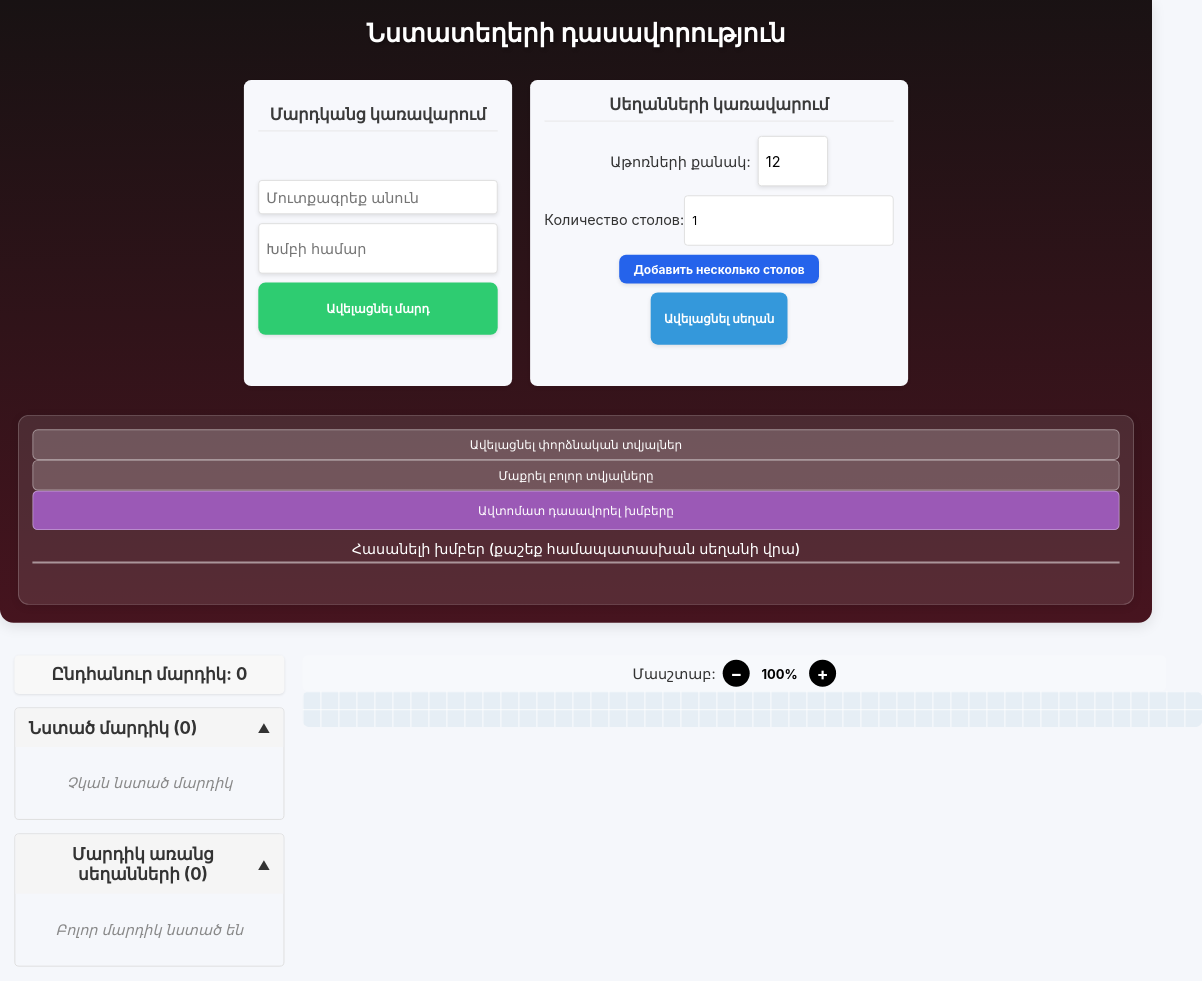
Repository: Vahan-23/Table-V2
Page: /
The author's editor kept a copy of each file at every save. The page is drawn from the files as they stood at one save, then again after the next save.
The browser window is 1280 px wide. The page is 1336 px wide, so the pictures cover 1336 px, including what lies to the right of the window. The pictures show the whole page, at 90% of full size.
The project was rebuilt for these pictures with package versions that can differ from the ones it lists, and the page was loaded fresh each time.

Above is the page before, as saved 2025-03-03 12:40:19.

### src/component/App.css
* {
  margin: 0;
  padding: 0;
  font-family: 'Inter', -apple-system, BlinkMacSystemFont, 'Segoe UI', Roboto, sans-serif;
}

body {
  background-color: #f5f7fb;
  color: #333;
}

.app-container {
  display: flex;
  flex-direction: column;
  min-height: 100vh;
}

/* Header Styles */
.app-header {
  background: linear-gradient(179deg, #181213 0%, rgb(71 20 31) 100%);
  padding: 20px;
  border-radius: 0 0 15px 15px;
  box-shadow: 0 4px 15px rgba(0, 0, 0, 0.1);
  margin-bottom: 20px;
}

.header-content {
  display: flex;
  justify-content: space-between;
  align-items: center;
  max-width: 1600px;
  margin: 0 auto 2rem;
  width: 100%;
  flex-direction: column;
  position: relative;
  /* z-index: 1; */
}
.logo {
  color: white;
  font-size: 28px;
  font-weight: bold;
  text-shadow: 2px 2px 4px rgba(0, 0, 0, 0.3);
  margin-bottom: 15px;
}

.header-sections {
  display: flex;
  width: 100%;
  gap: 20px;
  margin-top: 20px;
  justify-content: center;
}

.header-section {
  /* flex: 1 1; */
  display: flex;
  height: auto;
  background-color: #f7f8fc;
  border-radius: 8px;
  padding: 16px;
  box-shadow: 0 2px 5px rgba(0, 0, 0, 0.05);
  flex-direction: column;
  justify-content: space-around;
}

.section-main-title {
  color: #3a3a3a;
  margin-top: 0;
  margin-bottom: 16px;
  padding-bottom: 8px;
  border-bottom: 1px solid #e5e5e5;
  font-size: 18px;
}

/* People section specific */
.people-section .input-row {
  display: flex;
  gap: 10px;
  margin-bottom: 15px;
  flex-direction: column;
}

.people-section .data-management {
  margin-top: 20px;
}

/* Table section specific */
.tables-section .table-controls-row {
  display: flex;
  align-items: center;
  gap: 10px;
  margin-bottom: 15px;
  flex-direction: column;

}

.tables-section .chair-count-container {
  display: flex;
  align-items: center;
  gap: 8px;
}

.tables-section .chair-count-input {
  width: 60px;
}

.tables-section .zoom-controls {
  display: flex;
  align-items: center;
  margin-top: 20px;
  gap: 10px;
}

.zoom-buttons {
  display: flex;
  align-items: center;
}

.zoom-btn {
  width: 30px;
  height: 30px;
  display: flex;
  align-items: center;
  justify-content: center;
  border-radius: 4px;
  background-color: #f0f0f0;
  border: 1px solid #ddd;
  cursor: pointer;
}

.zoom-percentage {
  margin: 0 8px;
  min-width: 50px;
  text-align: center;
}

.data-buttons {
  display: flex;
  flex-direction: column;
  align-items: stretch;
}

.header-controls {
  background: rgba(255, 255, 255, 0.15);
  backdrop-filter: blur(10px);
  padding: 15px;
  border-radius: 12px;
  box-shadow: inset 0 1px 1px rgba(255, 255, 255, 0.1), 0 1px 2px rgba(0, 0, 0, 0.1);
  display: flex;
  width: 80%;
}

.control-group {
  display: flex;
  flex-wrap: wrap;
  gap: 1rem;
  width: 100%;
}

.input-group {
  display: flex;
  gap: 10px;
  margin-bottom: 15px;
  align-items: center;
  justify-content: center;
}

.input-field {
  flex: 1;
  padding: 10px 15px;
  border-radius: 8px;
  border: none;
  font-size: 16px;
  box-shadow: 0 2px 5px rgba(0, 0, 0, 0.1);
}

.input-group input,
.table-controls input {
  height: 38px;
  padding: 0.5rem;
  border: 1px solid #ddd;
  border-radius: 4px;
  outline: none;
  transition: border-color 0.2s;
}

.input-group input:focus,
.table-controls input:focus {
  border-color: #2563eb;
}

.group-input-container {
  position: relative;
  flex: 1;
}

.group-dropdown {
  position: absolute;
  top: 100%;
  left: 0;
  width: 100%;
  max-height: 200px;
  overflow-y: auto;
  z-index: 10;
  background-color: white;
  border: none;
  border-radius: 8px;
  box-shadow: 0 4px 12px rgba(0, 0, 0, 0.15);
  margin-top: 5px;
}

.dropdown-item {
  padding: 10px 15px;
  cursor: pointer;
  border-bottom: 1px solid #eee;
  transition: background-color 0.2s;
}

.dropdown-item:hover {
  background-color: #f5f5f5;
}

.dropdown-item-new {
  padding: 10px 15px;
  cursor: pointer;
  background-color: #f0f0f0;
  font-style: italic;
  border-radius: 0 0 8px 8px;
  z-index: 2;
}

.dropdown-empty {
  padding: 10px 15px;
  color: #666;
}

button {
  cursor: pointer;
  border: none;
  border-radius: 4px;
  padding: 0.5rem 1rem;
  font-weight: 500;
  transition: all 0.2s;
}

.primary-btn {
  background-color: #2563eb;
  color: white;
  border: none;
  border-radius: 8px;
  font-weight: bold;
  cursor: pointer;
  box-shadow: 0 2px 5px rgba(0, 0, 0, 0.1);
  transition: transform 0.2s, background-color 0.2s;
}

.primary-btn:hover {
  background-color: #1d4ed8;
}

.add-person-btn {
  /* margin-left: 30px; */
  padding: 21px 20px;
  background-color: #2ecc71;
  color: white;
}

.add-person-btn:hover {
  background-color: #27ae60;
  transform: translateY(-2px);
}

.secondary-btn {
  padding: 8px 15px;
  background-color: rgba(255, 255, 255, 0.2);
  color: white;
  border: 1px solid rgba(255, 255, 255, 0.4);
  border-radius: 6px;
  cursor: pointer;
  transition: background-color 0.2s;
}

.secondary-btn:hover {
  background-color: rgba(255, 255, 255, 0.3);
}

.table-controls {
  display: flex;
  align-items: center;
  gap: 10px;
  margin-bottom: 15px;
  flex-direction: column;
}

.chair-count-input {
  width: 120px;
  padding: 10px 15px;
  border-radius: 8px;
  border: none;
  font-size: 16px;
  box-shadow: 0 2px 5px rgba(0, 0, 0, 0.1);
}

.add-table-btn {
  flex: 1;
  padding: 21px 15px;
  background-color: #3498db;
  color: white;
}

.add-table-btn:hover {
  background-color: #2980b9;
  transform: translateY(-2px);
}

.create-all-tables-btn {
  flex: 2;
  padding: 13px 15px;
  background-color: #9b59b6;
  color: white;
}

.create-all-tables-btn:hover {
  background-color: #8e44ad;
  transform: translateY(-2px);
}

/* Bottom controls section */
.bottom-controls {
  display: flex;
  justify-content: space-between;
  align-items: center;
}

/* Save controls */
.save-controls {
  display: flex;
  align-items: center;
  gap: 0.5rem;
}

/* Zoom controls */
.zoom-controls {
  display: flex;
  align-items: center;
  gap: 8px;
  background-color: rgba(255, 255, 255, 0.2);
  padding: 5px 10px;
  border-radius: 6px;
  justify-content: center;
}

.zoom-btn {
  width: 30px;
  height: 30px;
  border-radius: 50%;
  border: none;
  background-color: rgba(255, 255, 255, 0.3);
  color: white;
  font-size: 18px;
  font-weight: bold;
  cursor: pointer;
  display: flex;
  justify-content: center;
  align-items: center;
}

.zoom-controls button {
  width: 30px;
  height: 30px;
  display: flex;
  align-items: center;
  justify-content: center;
  background-color: #000000;
  border-radius: 50%;
  font-size: 1.2rem;
  padding: 0;
}

.zoom-controls span {
  font-size: 0.9rem;
  min-width: 50px;
  text-align: center;
}

.zoom-percentage {
  color: rgb(0, 0, 0);
  font-weight: bold;
}

/* Groups Container */
.groups-container {
  background-color: rgba(255, 255, 255, 0.1);
  border-radius: 12px;
  padding: 15px;
  margin-top: 15px;
  box-shadow: 0 2px 10px rgba(0, 0, 0, 0.1);
  border: 1px solid rgba(255, 255, 255, 0.2);
}

.groups-header {
  display: flex;
  flex-direction: column;
  gap: 10px;
}

.groups-header h3 {
  color: #ffffff;
  font-size: 1rem;
  font-weight: 500;
}

.groups-title {
  margin: 0 0 10px 0;
  font-size: 20px;
  color: white;
  font-weight: 600;
  border-bottom: 2px solid rgba(255, 255, 255, 0.5);
  padding-bottom: 5px;
  display: inline-block;
}

.groups-wrapper {
  display: flex;
  flex-wrap: nowrap;
  gap: 12px;
  overflow-x: auto;
  padding: 5px 0;
  max-height: 100px;
  max-width: 100%;
  scrollbar-width: thin;
  scrollbar-color: rgba(255, 255, 255, 0.5) transparent;
}

.groups-wrapper::-webkit-scrollbar {
  height: 6px;
  width: 6px;
}

.groups-wrapper::-webkit-scrollbar-track {
  background: #f1f1f1;
  border-radius: 10px;
}

.groups-wrapper::-webkit-scrollbar-thumb {
  background: #3498db;
  border-radius: 10px;
}

.groups-wrapper::-webkit-scrollbar-thumb:hover {
  background: #2980b9;
}

/* Main Content */
.main-content {
  display: flex;
  flex: 1;
  padding: 1rem;
  gap: 20px;
  max-width: 1600px;
  margin: 0 auto;
  width: 100%;
}

/* Sidebar */
.sidebar {
  width: 300px;
  flex-shrink: 0;
}

.unseated-people-list,
.people-list {
  background-color: white;
  border-radius: 8px;
  padding: 15px;
  margin-top: 20px;
  box-shadow: 0 2px 8px rgba(0, 0, 0, 0.1);
  margin-bottom: 1.5rem;
}

.unseated-people-list h3,
.people-list h3 {
  margin-top: 0;
  margin-bottom: 15px;
  color: #333;
  font-size: 18px;
  font-weight: 600;
  border-bottom: 1px solid #e5e7eb;
  padding-bottom: 0.5rem;
}

.unseated-people-grid,
.people-grid {
  display: grid;
  grid-template-columns: repeat(auto-fill, minmax(120px, 1fr));
  gap: 10px;
}

.unseated-person-card,
.person-card {
  position: relative;
  background-color: #f9f9f9;
  border-radius: 6px;
  padding: 10px;
  box-shadow: 0 1px 3px rgba(0, 0, 0, 0.1);
  font-size: 0.9rem;
  display: flex;
  justify-content: space-between;
  align-items: center;
}

.person-card {
  flex-direction: column;
  align-items: flex-start;
  gap: 0.25rem;
}

.person-name {
  display: block;
  font-weight: bold;
  font-size: 14px;
  margin-bottom: 4px;
}

.person-group {
  display: block;
  font-size: 12px;
  color: #666;
}

.group-tag {
  background-color: #e0e7ff;
  color: #4f46e5;
  border-radius: 4px;
  padding: 0.15rem 0.4rem;
  font-size: 0.75rem;
  font-weight: 500;
}

.delete-btn {
  position: absolute;
  top: 5px;
  right: 5px;
  width: 20px;
  height: 20px;
  border-radius: 50%;
  background-color: #e74c3c;
  color: white;
  border: none;
  display: flex;
  align-items: center;
  justify-content: center;
  font-size: 10px;
  cursor: pointer;
  opacity: 0.7;
  transition: opacity 0.2s;
}

.delete-btn:hover {
  background-color: #fee2e2;
  opacity: 1;
}

/* Tables Area */
.tables-area {
  background-image: linear-gradient(rgba(255, 255, 255, 0.8) 1px, transparent 1px),
    linear-gradient(90deg, rgba(255, 255, 255, 0.8) 1px, transparent 1px);
  background-size: 20px 20px;
  background-color: #e6eef5;
  flex: 1;
  min-height: 600px;
  border-radius: 8px;
  padding: 20px;
  position: relative;
  transform-origin: top left;
  display: flex;
  flex-wrap: wrap;
  gap: 2rem;
  align-content: flex-start;
  min-height: 70vh;
}

/* Table Styles */
.table-container {
  background-color: white;
  border-radius: 10px;
  box-shadow: 0 4px 12px rgba(0, 0, 0, 0.08);
  padding: 1rem;
  width: fit-content;
  margin-bottom: 20px;
  flex-shrink: 0;
}

.table-header {
  display: flex;
  justify-content: space-between;
  align-items: center;
  margin-bottom: 1rem;
}

.table-header h3 {
  font-size: 1rem;
  font-weight: 600;
  color: #374151;
}

.delete-table-btn {
  background-color: #fee2e2;
  color: #ef4444;
  font-size: 0.8rem;
  padding: 0.25rem 0.5rem;
}

.delete-table-btn:hover {
  background-color: #fecaca;
}

.table {
  margin: 20px;
  width: 200px;
  height: 200px;
  border: 50px solid #e7d8c7;
  border-radius: 50%;
  display: flex;
  justify-content: center;
  align-items: center;
  background-image: url('../../public/table.jpg');
  background-size: cover;
}

.table-top {
  position: relative;
  top: -15%;
  left: -15%;
}

.chair {
  position: absolute;
  width: 60px;
  height: 60px;
  background-size: cover;
  background-position: center;
  background-repeat: no-repeat;
  color: white;
  display: flex;
  justify-content: center;
  align-items: center;
  border-radius: 50%;
  font-size: 12px;
  text-align: center;
  cursor: pointer;
  transition: transform 0.2s ease, opacity 0.2s ease;
}

.chair:hover {
  transform: scale(1.1);
  opacity: 0.7;
}

/* New Table Dropzone */
.new-table-dropzone {
  width: 300px;
  height: 200px;
  border: 2px dashed #3498db;
  border-radius: 8px;
  display: flex;
  align-items: center;
  justify-content: center;
  background-color: rgba(52, 152, 219, 0.05);
  transition: all 0.3s;
  margin-bottom: 20px;
}

.new-table-dropzone.hovered {
  background-color: rgba(52, 152, 219, 0.47);
  border-color: #4f46e5;
}

.dropzone-content {
  display: flex;
  flex-direction: column;
  align-items: center;
  justify-content: center;
  text-align: center;
  padding: 20px;
  gap: 1rem;
}

.dropzone-icon {
  font-size: 32px;
  color: #3498db;
  margin-bottom: 10px;
}

.dropzone-text {
  font-size: 16px;
  font-weight: bold;
  color: #333;
}

/* Popup styles */
.popup-overlay {
  position: fixed;
  top: 0;
  left: 0;
  right: 0;
  bottom: 0;
  background-color: rgba(0, 0, 0, 0.5);
  display: flex;
  align-items: center;
  justify-content: center;
  z-index: 1000;
}

.popup {
  background-color: white;
  border-radius: 10px;
  padding: 1.5rem;
  min-width: 300px;
  max-width: 400px;
  max-height: 80vh;
  overflow-y: auto;
  box-shadow: 0 10px 25px rgba(0, 0, 0, 0.2);
}

.popup h3 {
  margin-bottom: 1rem;
  color: #374151;
}

.person-selection-list {
  list-style: none;
  margin-bottom: 1rem;
}

.person-selection-list li {
  padding: 0.75rem;
  border-radius: 6px;
  cursor: pointer;
  transition: background-color 0.2s;
}

.person-selection-list li:hover {
  background-color: #f3f4f6;
}

.close-btn {
  background-color: #e5e7eb;
  color: #4b5563;
  width: 100%;
  padding: 0.75rem;
  border-radius: 6px;
  margin-top: 1rem;
}

.close-btn:hover {
  background-color: #d1d5db;
}

/* Fullscreen popup styles */
.fullscreen-popup {
  position: fixed;
  top: 0;
  left: 0;
  width: 100%;
  height: 100%;
  background-color: rgba(0, 0, 0, 0.7);
  z-index: 1000;
  display: flex;
  justify-content: center;
  align-items: center;
}

.fullscreen-popup-overlay {
  position: absolute;
  top: 0;
  left: 0;
  width: 100%;
  height: 100%;
  background-color: rgba(0, 0, 0, 0.7);
  display: flex;
  justify-content: center;
  align-items: center;
}

.fullscreen-popup-content {
  background-color: white;
  border-radius: 8px;
  padding: 20px;
  max-width: 600px;
  width: 90%;
  max-height: 80vh;
  overflow-y: auto;
  box-shadow: 0 10px 25px rgba(0, 0, 0, 0.2);
}

.fullscreen-popup-content h3 {
  margin-top: 0;
  margin-bottom: 20px;
  text-align: center;
  font-size: 18px;
  color: #333;
}

.person-selection-grid {
  display: grid;
  grid-template-columns: repeat(auto-fill, minmax(180px, 1fr));
  gap: 15px;
  margin-bottom: 20px;
  max-height: 60vh;
  overflow-y: auto;
  padding: 10px;
  margin-top: 20px;
}

.person-selection-item {
  background-color: #f9f9f9;
  border: 1px solid #ddd;
  border-radius: 6px;
  padding: 12px;
  cursor: pointer;
  transition: all 0.2s ease;
  display: flex;
  flex-direction: column;
}

.person-selection-item:hover {
  background-color: #e8f4fd;
  transform: translateY(-2px);
  box-shadow: 0 4px 8px rgba(0, 0, 0, 0.1);
}

.person-selection-name {
  display: block;
  font-weight: bold;
  margin-bottom: 4px;
}

.person-selection-group {
  display: block;
  font-size: 12px;
  color: #666;
}

.no-people-message {
  text-align: center;
  padding: 20px;
  color: #666;
  grid-column: 1 / -1;
}

.close-popup-btn {
  display: block;
  margin: 0 auto;
  background-color: #3498db;
  color: white;
  border: none;
  border-radius: 4px;
  padding: 10px 20px;
  font-size: 16px;
  cursor: pointer;
  transition: background-color 0.2s ease;
}

.close-popup-btn:hover {
  background-color: #2980b9;
}

/* Remove person popup */
.remove-person-popup {
  text-align: center;
}

.popup-title {
  text-align: center;
  margin-bottom: 20px;
}

.person-info-card {
  background-color: #f9f9f9;
  padding: 15px;
  border-radius: 8px;
  margin-bottom: 20px;
  box-shadow: 0 2px 4px rgba(0, 0, 0, 0.1);
}

.person-info-name {
  text-align: center;
  font-size: 18px;
  margin: 0 0 10px 0;
  font-weight: bold;
}

.person-info-group {
  text-align: center;
  margin: 0;
  color: #666;
}

.confirmation-text {
  text-align: center;
  margin-bottom: 20px;
  color: #555;
}

.popup-buttons {
  display: flex;
  justify-content: center;
  gap: 15px;
}

.remove-btn {
  padding: 10px 20px;
  background-color: #e74c3c;
  color: white;
  border: none;
  border-radius: 4px;
  cursor: pointer;
  font-weight: bold;
}

.cancel-btn {
  padding: 10px 20px;
  background-color: #7f8c8d;
  color: white;
  border: none;
  border-radius: 4px;
  cursor: pointer;
}

/* Group card styles */
.group-card {
  flex: 0 0 auto;
  min-width: 100px;
  background-color: white;
  border-radius: 6px;
  padding: 8px 12px;
  box-shadow: 0 1px 3px rgba(0, 0, 0, 0.1);
  cursor: grab;
  transition: transform 0.2s, box-shadow 0.2s;
  border-left: 4px solid #3498db;
}

.group-card:hover {
  transform: translateY(-2px);
  box-shadow: 0 3px 6px rgba(0, 0, 0, 0.15);
}

.group-card.dragging {
  opacity: 0.5;
}

.group-name {
  font-weight: 600;
  font-size: 0.9rem;
  color: #2563eb;
  margin-bottom: 5px;
}

.group-count {
  font-size: 0.8rem;
  color: #6b7280;
  margin-top: 0.25rem;
}

/* Responsive adjustments */
@media (max-width: 992px) {
  .header-content {
    flex-direction: column;
    align-items: flex-start;
    gap: 1rem;
  }

  .header-controls {
    width: 100%;
  }

  .main-content {
    flex-direction: column;
  }

  .sidebar {
    width: 100%;
  }
}


.people-section {
  display: flex;
  flex-direction: column;
  gap: 15px;
}

.total-people-counter {
  background-color: #f8f8f8;
  padding: 10px;
  border-radius: 5px;
  text-align: center;
  box-shadow: 0 1px 3px rgba(0, 0, 0, 0.1);
}

.people-box {
  border: 1px solid #ddd;
  border-radius: 5px;
  overflow: hidden;
}

.people-header {
  display: flex;
  align-items: center;
  justify-content: space-between;
  padding: 10px 15px;
  background-color: #f5f5f5;
  cursor: pointer;
}

.people-header:hover {
  background-color: #e9e9e9;
}

.expand-arrow {
  font-size: 14px;
  transition: transform 0.3s ease;
}

.expand-arrow.expanded {
  transform: rotate(180deg);
}

.people-grid-container {
  max-height: 700px;
  overflow-y: auto;
}

.people-grid {
  display: grid;
  grid-template-columns: repeat(auto-fill, minmax(200px, 1fr));
  gap: 10px;
  padding: 10px;
}

.person-card {
  position: relative;
  padding: 10px;
  border-radius: 4px;
  box-shadow: 0 1px 3px rgba(0, 0, 0, 0.1);
  display: flex;
  flex-direction: column;
}

.person-card.seated {
  background-color: rgba(144, 238, 144, 0.2);
  border-left: 3px solid #4CAF50;
}

.person-card.unseated {
  background-color: rgba(255, 235, 205, 0.2);
  border-left: 3px solid #FFA500;
}

.person-name {
  font-weight: bold;
  margin-bottom: 4px;
}

.person-group {
  font-size: 12px;
  color: #666;
}

.delete-btn {
  position: absolute;
  top: 5px;
  right: 5px;
  width: 20px;
  height: 20px;
  border-radius: 50%;
  background-color: #ff6b6b;
  color: white;
  border: none;
  display: flex;
  align-items: center;
  justify-content: center;
  cursor: pointer;
  font-size: 10px;
}

.delete-btn:hover {
  background-color: #ff5252;
}

.empty-message {
  grid-column: 1 / -1;
  padding: 20px;
  text-align: center;
  color: #888;
  font-style: italic;
}

/* Scrollbar styling */
.people-grid-container::-webkit-scrollbar {
  width: 8px;
}

.people-grid-container::-webkit-scrollbar-track {
  background: #f1f1f1;
  border-radius: 4px;
}

.people-grid-container::-webkit-scrollbar-thumb {
  background: #888;
  border-radius: 4px;
}

.people-grid-container::-webkit-scrollbar-thumb:hover {
  background: #555;
}

/* Split header sections styling */

Loaded but not shown: public/index.html (common file); src/index.js (common file); src/index.css (common file); src/reportWebVitals.js (common file); src/App.css (common file); src/App.js (12 lines, source omitted); src/component/SeatingArrangement.jsx (1081 lines, source omitted)

After the next save:
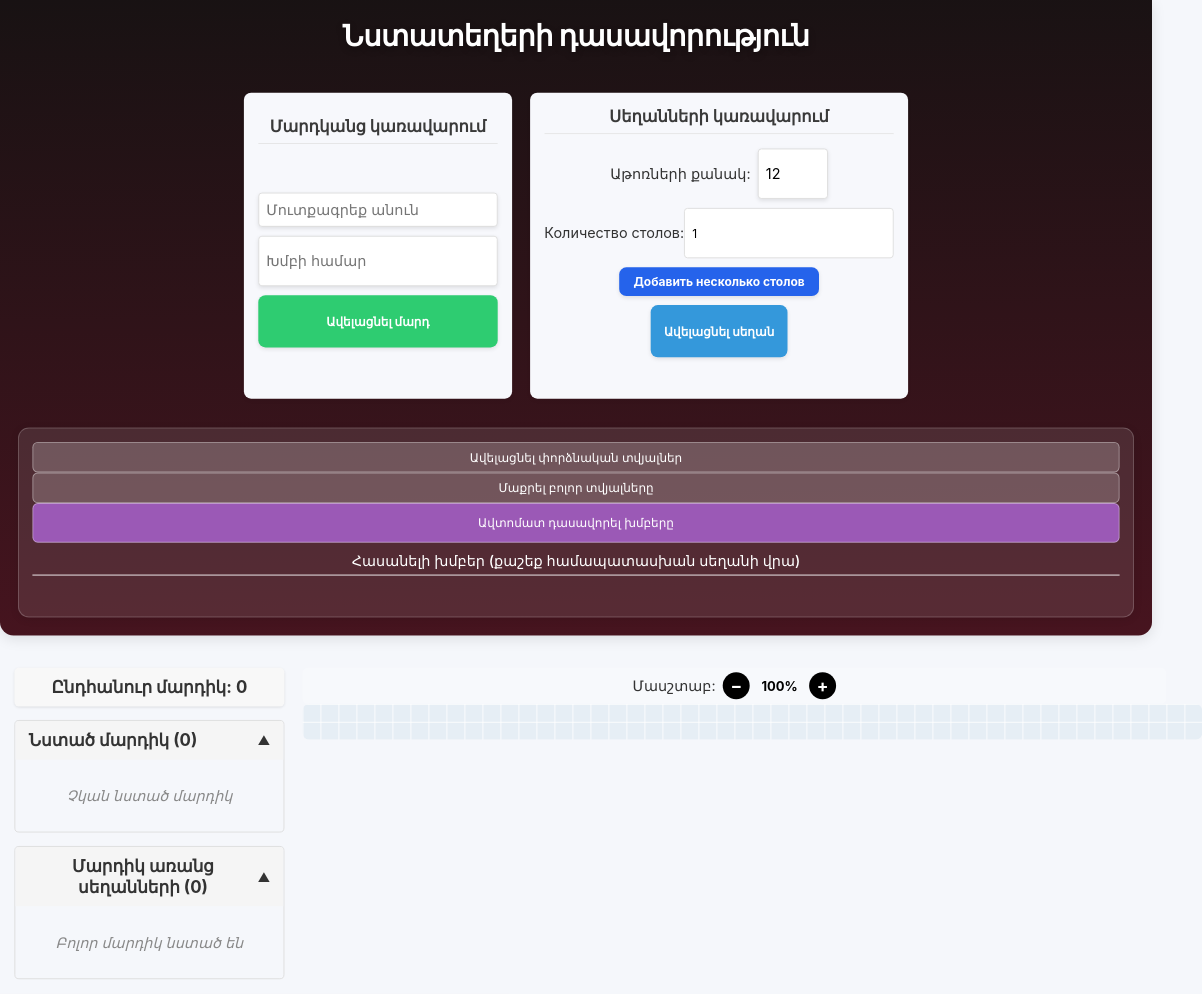
Saved 27 s later.
--- a/src/component/App.css
+++ b/src/component/App.css
@@ -37,10 +37,12 @@ body {
 }
 .logo {
   color: white;
-  font-size: 28px;
-  font-weight: bold;
-  text-shadow: 2px 2px 4px rgba(0, 0, 0, 0.3);
-  margin-bottom: 15px;
+  font-size: 32px;
+  font-weight: 800;
+  text-shadow: 0 4px 8px rgba(0, 0, 0, 0.3);
+  margin-bottom: 1.5rem;
+  letter-spacing: -0.5px;
+  position: relative;
 }
 
 .header-sections {
